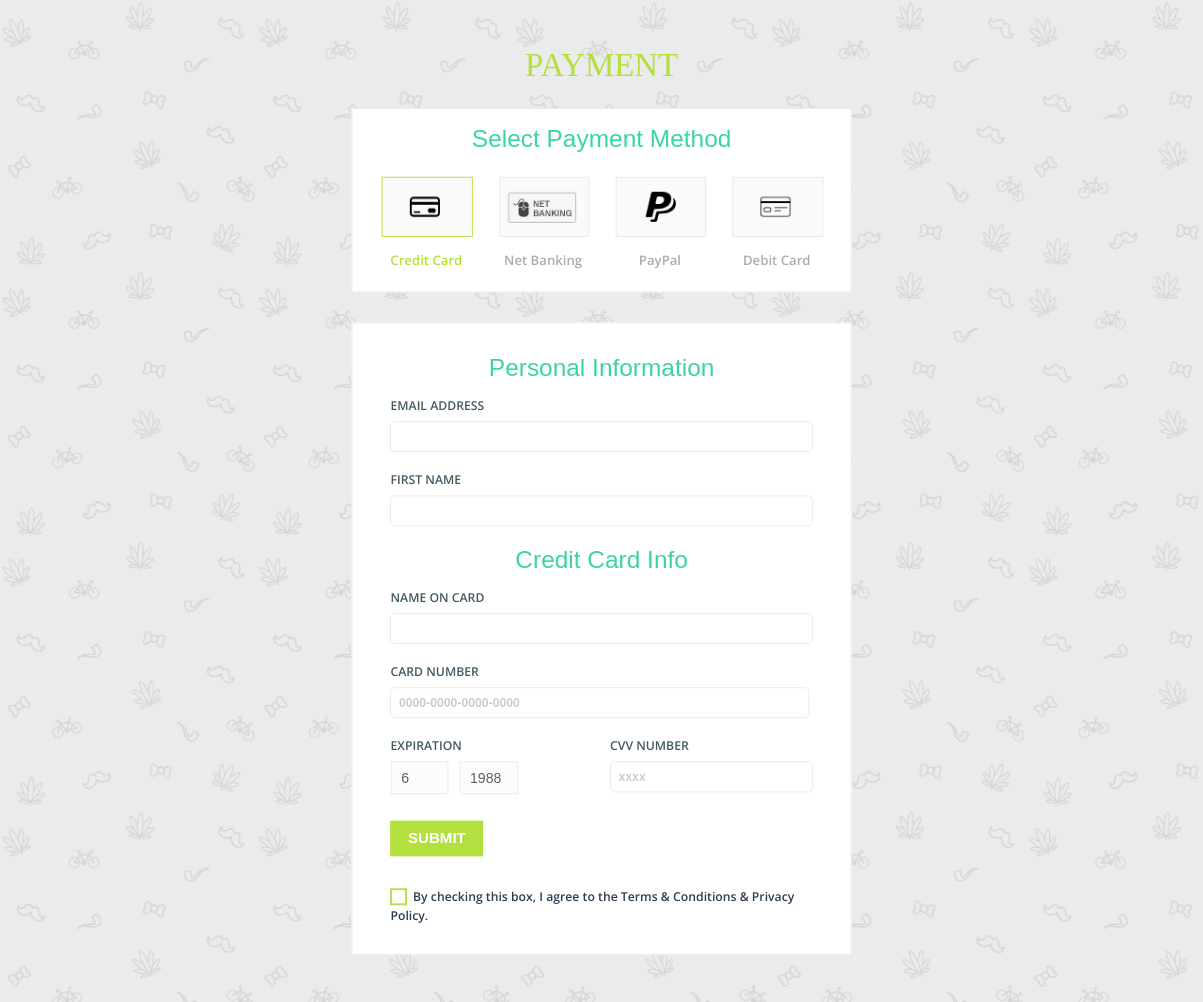
Repository: abinbabu/project-1-final
Page: http://localhost/shoppingcartfront/WEB-INF/views/lastpage.jsp
An editor plug-in stored every save of this project. The page is shown before and after the next save, followed by the edit.
The browser window is 1280 px wide. The pictures show the whole page, at 94% of full size.
Some web fonts or font styles are not loaded; a fallback is used. The page is served by Tomcat 9. Nobody is signed in. Other server files are loaded and not shown. The template is opened directly, without the code that normally fills it, so the values that code supplies are empty.

Above is the page before, as saved 2016-08-21 09:18:48.

### final complete/shoppingcartfront/src/main/webapp/WEB-INF/views/lastpage.jsp
<%@ page language="java" contentType="text/html; charset=ISO-8859-1"
    pageEncoding="ISO-8859-1"%>
    <%@ taglib prefix="spring" uri="http://www.springframework.org/tags"%>
<%@ taglib uri="http://java.sun.com/jsp/jstl/core" prefix="c"%>
<!DOCTYPE html PUBLIC "-//W3C//DTD HTML 4.01 Transitional//EN" "http://www.w3.org/TR/html4/loose.dtd">
<html>
<head>
<meta http-equiv="Content-Type" content="text/html; charset=ISO-8859-1">
<link href="<c:url value="/resources/css/style.css" />"
	rel="stylesheet">
	<link href='//fonts.googleapis.com/css?family=Fugaz+One' rel='stylesheet' type='text/css'>
<link href='//fonts.googleapis.com/css?family=Alegreya+Sans:400,100,100italic,300,300italic,400italic,500,500italic,700,700italic,800,800italic,900,900italic' rel='stylesheet' type='text/css'>
<link href='//fonts.googleapis.com/css?family=Open+Sans:400,300,300italic,400italic,600,600italic,700,700italic,800,800italic' rel='stylesheet' type='text/css'>
<script src="<c:url value="/resources/js/jquery.min.js" />"></script>
<title>Insert title here</title>
</head>
<body>
<div class="main">
		<h1>Payment</h1>
		<div class="content">

			<script src="<c:url value="/resources/js/easyResponsiveTabs.js" />" type="text/javascript"></script>
					<script type="text/javascript">
						$(document).ready(function () {
							$('#horizontalTab').easyResponsiveTabs({
								type: 'default', //Types: default, vertical, accordion
								width: 'auto', //auto or any width like 600px
								fit: true   // 100% fit in a container
							});
						});

					</script>
						<div class="sap_tabs">
							<div id="horizontalTab" style="display: block; width: 100%; margin: 0px;">
								<div class="pay-tabs">
									<h2>Select Payment Method</h2>
									  <ul class="resp-tabs-list">
										  <li class="resp-tab-item" aria-controls="tab_item-0" role="tab"><span><label class="pic1"></label>Credit Card</span></li>
										  <li class="resp-tab-item" aria-controls="tab_item-1" role="tab"><span><label class="pic3"></label>Net Banking</span></li>
										  <li class="resp-tab-item" aria-controls="tab_item-2" role="tab"><span><label class="pic4"></label>PayPal</span></li>
										  <li class="resp-tab-item" aria-controls="tab_item-3" role="tab"><span><label class="pic2"></label>Debit Card</span></li>
										  <div class="clear"></div>
									  </ul>
								</div>
								<div class="resp-tabs-container">
									<div class="tab-1 resp-tab-content" aria-labelledby="tab_item-0">
										<div class="payment-info">
											<h3>Personal Information</h3>
											<form>
												<div class="tab-for">
													<h5>EMAIL ADDRESS</h5>
														<input type="text" value="">
													<h5>FIRST NAME</h5>
														<input type="text" value="">
												</div>
											</form>
											<h3 class="pay-title">Credit Card Info</h3>
											<form>
												<div class="tab-for">
													<h5>NAME ON CARD</h5>
														<input type="text" value="">
													<h5>CARD NUMBER</h5>
														<input class="pay-logo" type="text" value="0000-0000-0000-0000" onfocus="this.value = '';" onblur="if (this.value == '') {this.value = '0000-0000-0000-0000';}" required="">
												</div>
												<div class="transaction">
													<div class="tab-form-left user-form">
														<h5>EXPIRATION</h5>
															<ul>
																<li>
																	<input type="number" class="text_box" type="text" value="6" min="1" />
																</li>
																<li>
																	<input type="number" class="text_box" type="text" value="1988" min="1" />
																</li>

															</ul>
													</div>
													<div class="tab-form-right user-form-rt">
														<h5>CVV NUMBER</h5>
														<input type="text" value="xxxx" onfocus="this.value = '';" onblur="if (this.value == '') {this.value = 'xxxx';}" required="">
													</div>
													<div class="clear"></div>
												</div>
												<input type="submit" value="SUBMIT">
											</form>
											<div class="single-bottom">
													<ul>
														<li>
															<input type="checkbox"  id="brand" value="">
															<label for="brand"><span></span>By checking this box, I agree to the Terms & Conditions & Privacy Policy.</label>
														</li>
													</ul>
											</div>
										</div>
									</div>
									<div class="tab-1 resp-tab-content" aria-labelledby="tab_item-1">
										<div class="payment-info">
											<h3>Net Banking</h3>
											<div class="radio-btns">
												<div class="swit">
													<div class="check_box"> <div class="radio"> <label><input type="radio" name="radio" checked=""><i></i>Andhra Bank</label> </div></div>
													<div class="check_box"> <div class="radio"> <label><input type="radio" name="radio"><i></i>Allahabad Bank</label> </div></div>
													<div class="check_box"> <div class="radio"> <label><input type="radio" name="radio"><i></i>Bank of Baroda</label> </div></div>
													<div class="check_box"> <div class="radio"> <label><input type="radio" name="radio"><i></i>Canara Bank</label> </div></div>
													<div class="check_box"> <div class="radio"> <label><input type="radio" name="radio"><i></i>IDBI Bank</label> </div></div>
													<div class="check_box"> <div class="radio"> <label><input type="radio" name="radio"><i></i>Icici Bank</label> </div></div>
													<div class="check_box"> <div class="radio"> <label><input type="radio" name="radio"><i></i>Indian Overseas Bank</label> </div></div>
													<div class="check_box"> <div class="radio"> <label><input type="radio" name="radio"><i></i>Punjab National Bank</label> </div></div>
													<div class="check_box"> <div class="radio"> <label><input type="radio" name="radio"><i></i>South Indian Bank</label> </div></div>
													<div class="check_box"> <div class="radio"> <label><input type="radio" name="radio"><i></i>State Bank Of India</label> </div></div>
												</div>
												<div class="swit">
													<div class="check_box"> <div class="radio"> <label><input type="radio" name="radio" checked=""><i></i>City Union Bank</label> </div></div>
													<div class="check_box"> <div class="radio"> <label><input type="radio" name="radio"><i></i>HDFC Bank</label> </div></div>
													<div class="check_box"> <div class="radio"> <label><input type="radio" name="radio"><i></i>IndusInd Bank</label> </div></div>
													<div class="check_box"> <div class="radio"> <label><input type="radio" name="radio"><i></i>Syndicate Bank</label> </div></div>
													<div class="check_box"> <div class="radio"> <label><input type="radio" name="radio"><i></i>Deutsche Bank</label> </div></div>
													<div class="check_box"> <div class="radio"> <label><input type="radio" name="radio"><i></i>Corporation Bank</label> </div></div>
													<div class="check_box"> <div class="radio"> <label><input type="radio" name="radio"><i></i>UCO Bank</label> </div></div>
													<div class="check_box"> <div class="radio"> <label><input type="radio" name="radio"><i></i>Indian Bank</label> </div></div>
													<div class="check_box"> <div class="radio"> <label><input type="radio" name="radio"><i></i>Federal Bank</label> </div></div>
													<div class="check_box"> <div class="radio"> <label><input type="radio" name="radio"><i></i>ING Vysya Bank</label> </div></div>
												</div>
												<div class="clear"></div>
											</div>
											<a href="#">Continue</a>
										</div>
									</div>
									<div class="tab-1 resp-tab-content" aria-labelledby="tab_item-2">
										<div class="payment-info">
											<h3>PayPal</h3>
											<h4>Already Have A PayPal Account?</h4>
											<div class="login-tab">
												<div class="user-login">
													<h2>Login</h2>

													<form>
														<input type="text" value="name@email.com" onfocus="this.value = '';" onblur="if (this.value == '') {this.value = 'name@email.com';}" required="">
														<input type="password" value="PASSWORD" onfocus="this.value = '';" onblur="if (this.value == '') {this.value = 'PASSWORD';}" required="">
															<div class="user-grids">
																<div class="user-left">
																	<div class="single-bottom">
																			<ul>
																				<li>
																					<input type="checkbox"  id="brand1" value="">
																					<label for="brand1"><span></span>Remember me?</label>
																				</li>
																			</ul>
																	</div>
																</div>
																<div class="user-right">
																	<input type="submit" value="LOGIN">
																</div>
																<div class="clear"></div>
															</div>
													</form>
												</div>
											</div>
										</div>
									</div>
									<div class="tab-1 resp-tab-content" aria-labelledby="tab_item-3">
										<div class="payment-info">

											<h3 class="pay-title">Dedit Card Info</h3>
											<form>
												<div class="tab-for">
													<h5>NAME ON CARD</h5>
														<input type="text" value="">
													<h5>CARD NUMBER</h5>
														<input class="pay-logo" type="text" value="0000-0000-0000-0000" onfocus="this.value = '';" onblur="if (this.value == '') {this.value = '0000-0000-0000-0000';}" required="">
												</div>
												<div class="transaction">
													<div class="tab-form-left user-form">
														<h5>EXPIRATION</h5>
															<ul>
																<li>
																	<input type="number" class="text_box" type="text" value="6" min="1" />
																</li>
																<li>
																	<input type="number" class="text_box" type="text" value="1988" min="1" />
																</li>

															</ul>
													</div>
													<div class="tab-form-right user-form-rt">
														<h5>CVV NUMBER</h5>
														<input type="text" value="xxxx" onfocus="this.value = '';" onblur="if (this.value == '') {this.value = 'xxxx';}" required="">
													</div>
													<div class="clear"></div>
												</div>
												<input type="submit" value="SUBMIT">
											</form>
											<div class="single-bottom">
													<ul>
														<li>
															<input type="checkbox"  id="brand" value="">
															<label for="brand"><span></span>By checking this box, I agree to the Terms & Conditions & Privacy Policy.</label>
														</li>
													</ul>
											</div>
										</div>
									</div>
								</div>
							</div>
						</div>

		</div>
		</div>
</body>
</html>

Loaded but not shown: final complete/shoppingcartfront/src/main/webapp/resources/css/style.css (common file); final complete/shoppingcartfront/src/main/webapp/resources/js/jquery.min.js (library); final complete/shoppingcartfront/src/main/webapp/resources/js/easyResponsiveTabs.js (common file)

After the next save:
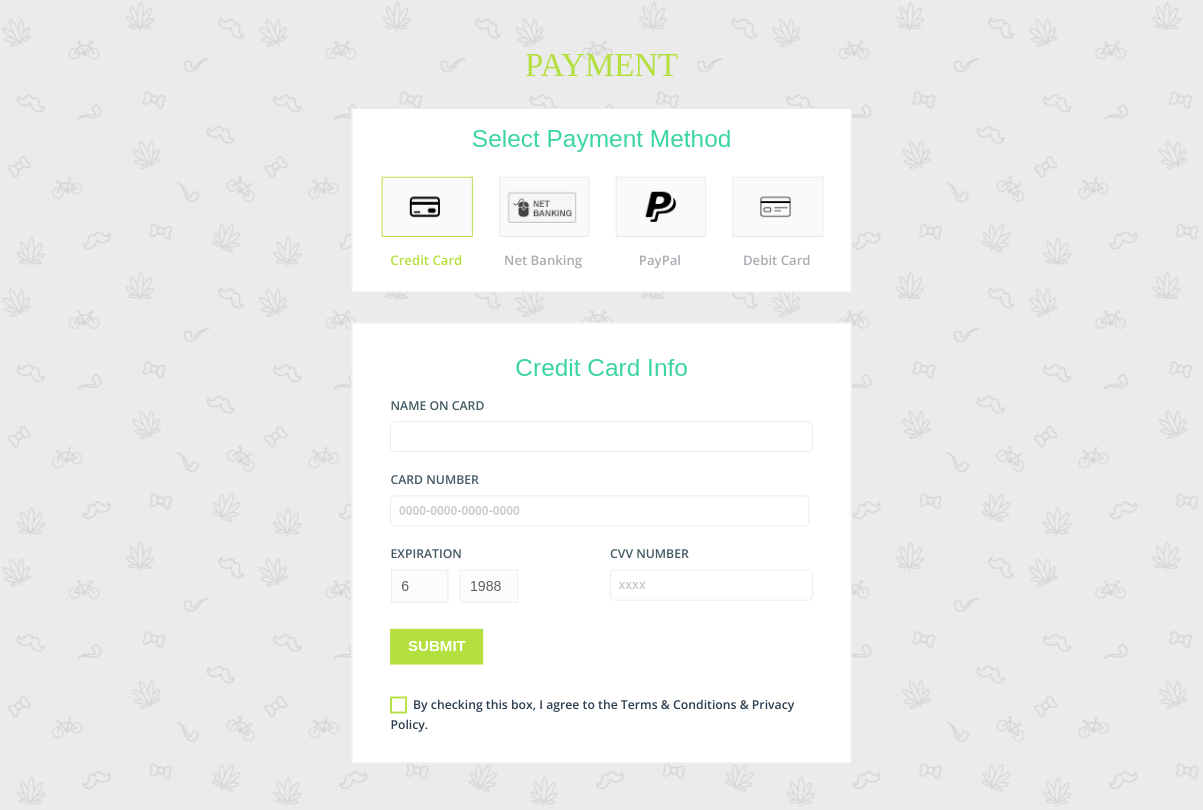
Saved 28 s later.
--- a/final complete/shoppingcartfront/src/main/webapp/WEB-INF/views/lastpage.jsp
+++ b/final complete/shoppingcartfront/src/main/webapp/WEB-INF/views/lastpage.jsp
@@ -45,15 +45,7 @@
 								<div class="resp-tabs-container">
 									<div class="tab-1 resp-tab-content" aria-labelledby="tab_item-0">
 										<div class="payment-info">
-											<h3>Personal Information</h3>
-											<form>
-												<div class="tab-for">
-													<h5>EMAIL ADDRESS</h5>
-														<input type="text" value="">
-													<h5>FIRST NAME</h5>
-														<input type="text" value="">
-												</div>
-											</form>
+
 											<h3 class="pay-title">Credit Card Info</h3>
 											<form>
 												<div class="tab-for">
